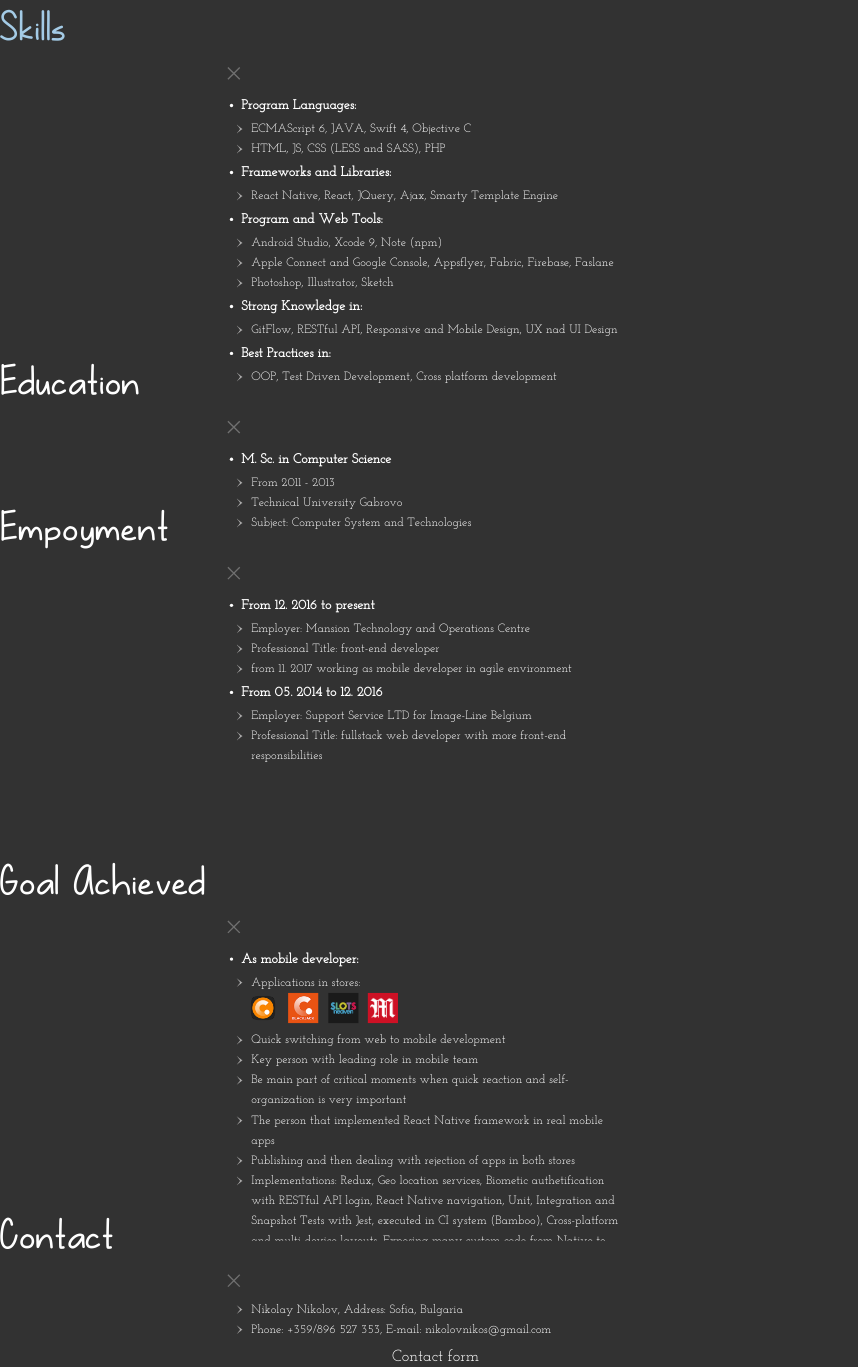
Repository: nikichanko/cv
Page: print.html
An editor plug-in stored every save of this project. The page is shown before and after the next save, followed by the edit.
The browser window is 1280 px wide. The pictures show the whole page, at 67% of full size.

Above is the page before, as saved 2018-08-10 03:23:58.

### print.html
<html>
  <head>
    <meta name="viewport" content="width=device-width, initial-scale=1">
    <link rel="stylesheet" type="text/css" href="css/print.css">
    <link rel="stylesheet" type="text/css" href="css/styles.css">
    <script src="https://ajax.googleapis.com/ajax/libs/jquery/3.3.1/jquery.min.js"></script>
    <title>Nikolay Nikolov - Curriculum Vitae - Print Version</title>
  </head>
  <body>
    <div id="content"></div>
  </body>
  <script src="js/print.js"></script>
</html>

### css/print.css
.content {
  margin: 0;
}

### css/styles.css
@font-face {
  font-family: 'Just Gotta Smile';
  src: url('./fonts/JustGottaSmile.woff2') format('woff2'),
      url('./fonts/JustGottaSmile.woff') format('woff'),
      url('./fonts/JustGottaSmile.ttf') format('truetype');
  font-weight: 500;
  font-style: normal;
}

@font-face {
  font-family: 'Josefin Slab';
  src: url('./fonts/JosefinSlab.woff2') format('woff2'),
      url('./fonts/JosefinSlab.woff') format('woff'),
      url('./fonts/JosefinSlab.ttf') format('truetype');
  font-weight: normal;
  font-style: normal;
}
ul, li, ol, body {
  margin: 0;
  padding: 0;
}

body {
  background-color: #323232;
  width: 100%;
  font-family: 'Just Gotta Smile';
  color: #fff;
}

.wrapper {
  position: relative;
  width: 100%;
  max-width: 1000px;
  height: 800px;
  margin: 0 auto;
  background-image: url(../img/cv_bg.png);
  background-repeat: no-repeat;
  background-position: right top;
  background-size: cover;
}

.menu {
  line-height: 70px;
  margin: 0 auto;
  position: absolute;
  text-align: center;
  width: 100%;
  top: 200px;
}

.item {
  font-size: 64px;
  position: relative;
  left: 50%;
  opacity: 1;
  transform: translateX(-50%) ;
  -ms-transform: translateX(-50%) ; /* IE 9 */
  -webkit-transform: translateX(-50%); /* Safari 3-8 */
  transition: opacity 0.2s ease-out;
  -webkit-touch-callout: none; /* iOS Safari */
  -webkit-user-select: none; /* Safari */
   -khtml-user-select: none; /* Konqueror HTML */
     -moz-user-select: none; /* Firefox */
      -ms-user-select: none; /* Internet Explorer/Edge */
          user-select: none; /* Non-prefixed version, currently
                                supported by Chrome and Opera */
}
.item.print {
  font-size: 30px;
  line-height: 45px;
}

.item span {
  cursor: pointer;
  position: relative;
}

.item.closed {
  opacity: 0;
  height: 0;
  visibility: hidden;
}

.content {
  font-family: 'Josefin Slab';
  padding-top: 2px;
  max-width: 600px;
  text-align: left;
  top: 50px;
  width: 56%;
  margin: 0 auto;
  line-height: 40px;
  height: 0;
  opacity: 0;
  transition: opacity 0.5s ease-in-out;
  position: relative;
  visibility: hidden;
  overflow: hidden;
}

.ul-wrapper {
  height: 450px;
  position: relative;
  overflow: hidden;
}

.content.open {
  overflow: visible;
  height: auto;
  opacity: 1;
  transition: opacity 0.5s ease-in-out;
  visibility: visible;
}
.content {
  line-height: 30px;
}
.content ul {
  padding-top: 10px;
  padding-left: 20px;
}
.content li {
  font-weight: bold;
  font-size: 20px;
  padding:5px 0;
}
.content ol {
  font-size: 18px;
  margin-left: 15px;
  position: relative;
}
.content ol:before {
  content: "";
  background-image: url(../img/arrow.png);
  background-repeat: no-repeat;
  background-size: contain;
  width: 12px;
  height: 13px;
  position: absolute;
  left: -22px;
  top: 8px;
  opacity: 0.6;
}

.item:hover {
  color: #a4cbe6;
}

.close {
  position: absolute;
  top: -29px;
  left: -7px;
  width: 45px;
  height: 45px;
  opacity: 0.3;
}
.close:hover {
  opacity: 1;
}
.close:before, .close:after {
  position: absolute;
  left: 15px;
  content: ' ';
  height: 25px;
  width: 2px;
  background-color: #fff;
}
.close:before {
  transform: rotate(45deg);
}
.close:after {
  transform: rotate(-45deg);
}

.app-icon {
  width: 45px;
  margin-right: 10px;
}

@media only screen and (max-width: 1000px) {
  .content {
    width: 90%;
  }
  .item span {
    cursor: default;
  }
}

### js/print.js
$.get( "index.html", function( data ) {
  var contents = $(data).find('.content:not(.print)');
  var items = $(data).find('.item:not(.print)');
  if (contents.length === items.length) {
    contents.each(function( i,v ) {
      var cont = v.innerHTML;
      var item = items[i].innerText;
      $("#content").append($('<div class="item")>'+item+'</div><div class="content open">'+cont+'</div>'));
    });
  }
//  $( ".result" ).html( data );
 // alert( "Load was performed." );
});

### index.html
<!DOCTYPE html>
<html>
  <head>
    <link rel="stylesheet" type="text/css" href="css/styles.css">
    <meta name="viewport" content="width=device-width, initial-scale=1">
    <link rel="stylesheet" type="text/css" href="css/scroll.css">
    <script src="https://ajax.googleapis.com/ajax/libs/jquery/3.3.1/jquery.min.js"></script>
    <script src="js/scroll.js"></script>
    <title>Nikolay Nikolov - Curriculum Vitae</title>
  </head>
  <body>
    <div class="wrapper">
      <div class="menu">
        <div class="item">
          <span>Skills</span>
        </div>
        <div class="content">
          <i class="close"></i>
          <div class="ul-wrapper" id="scroll-3">
            <ul>
              <li>Program Languages:</li>
              <ol>ECMAScript 6, JAVA, Swift 4, Objective C</ol>
              <ol>HTML, JS, CSS (LESS and SASS), PHP</ol>
              <li>Frameworks and Libraries:</li>
              <ol>React Native, React, JQuery, Ajax, Smarty Template Engine</ol>
              <li>Program and Web Tools:</li>
              <ol>Android Studio, Xcode 9, Note (npm)</ol>
              <ol>Apple Connect and Google Console, Appsflyer, Fabric, Firebase, Faslane</ol>
              <ol>Photoshop, Illustrator, Sketch</ol>
              <li>Strong Knowledge in:</li>
              <ol>GitFlow, RESTful API, Responsive and Mobile Design, UX nad UI Design</ol>
              <li>Best Practices in:</li>
              <ol>OOP, Test Driven Development, Cross platform development</ol>
              <li>Other Abilities:</li>
              <ol>Digital Drawing of web application arts with graphic tablet</ol>
            </ul>
           </div>
        </div>
        <div class="item">
          <span>Education</span>
        </div>
        <div class="content">
            <i class="close"></i>
            <ul>
              <li>M. Sc. in Computer Science</li>
              <ol>From 2011 - 2013</ol>
              <ol>Technical University Gabrovo</ol>
              <ol>Subject: Computer System and Technologies</ol>
            </ul>
        </div>
        <div class="item">
          <span>Empoyment</span>
        </div>
        <div class="content">
            <i class="close"></i>
            <div class="ul-wrapper" id="scroll-2">
              <ul>
                <li>From 12. 2016 to present</li>
                <ol>Employer: Mansion Technology and Operations Centre</ol>
                <ol>Professional Title: front-end developer</ol>
                <ol>from 11. 2017 working as mobile developer in agile environment</ol>
                <li>From 05. 2014 to 12. 2016</li>
                <ol>Employer: Support Service LTD for Image-Line Belgium</ol>
                <ol>Professional Title: fullstack web developer with more front-end responsibilities</ol>
              </ul>
            </div>
        </div>
        <div class="item">
          <span>Goal Achieved</span>
        </div>
        <div class="content">
          <i class="close"></i>
          <div class="ul-wrapper" id="scroll-1">
            <ul>
              <li>As mobile developer:</li>
              <ol>Applications in stores:</ol>

                <img src="img/casino.png" title="CasinoSlots" class="app-icon" style="margin-left: 10px;" />
                <img src="img/ccbj.png" title="Casino BlackJack" class="app-icon" />
                <img src="img/sh.png" title="Slostheaven" class="app-icon" />
                <img src="img/mc.png" title="MansionCasino" class="app-icon" />

              <ol>Quick switching from web to mobile development</ol>
              <ol>Key person with leading role in mobile team</ol>
              <ol>Be main part of critical moments when quick reaction and self-organization is very important</ol>
              <ol>The person that implemented React Native framework in real mobile apps</ol>
              <ol>Publishing and then dealing with rejection of apps in both stores</ol>
              <ol>Implementations: Redux, Geo location services, Biometic authetification with
                RESTful API login, React Native navigation, Unit, Integration and Snapshot Tests with Jest, executed in CI system (Bamboo),
                Cross-platform and multi-device layouts, Exposing many custom code from Native to React Native (NativeModules and NativeEventEmitter)</ol>
              <li>As front-end developer:</li>
              <ol>Responsive and mobile designs with no compromises in details</ol>
              <ol>Developed many end-to-end web applications like: Image Sliders with lazyloading, javascript Video and Audio Players with full mobile support</ol>
              <ol>RESTful API integrations</ol>
              <ol>Unit testing with Jasmine</ol>
            </ul>
          </div>
        </div>
        <div class="item">
          <span>Contact</span>
        </div>
        <div class="content">
            <i class="close"></i>
              <ul>
                <ol>Nikolay Nikolov, Address: Sofia, Bulgaria</ol>
                <ol>Phone: +359/896 527 353, E-mail: nikolovnikos@gmail.com</ol>
                <div style="margin-top: 10px; font-size: 24px; text-align: center">Contact form</div>
                <script type="text/javascript" src="https://form.jotformeu.com/jsform/82187298762370"></script>
              </ul>
        </div>
        <div class="item print">
          <span>Print Version</span>
        </div>
      </div>
    </div>
    <script src="js/common.js"></script>
  </body>
</html>

After the next save:
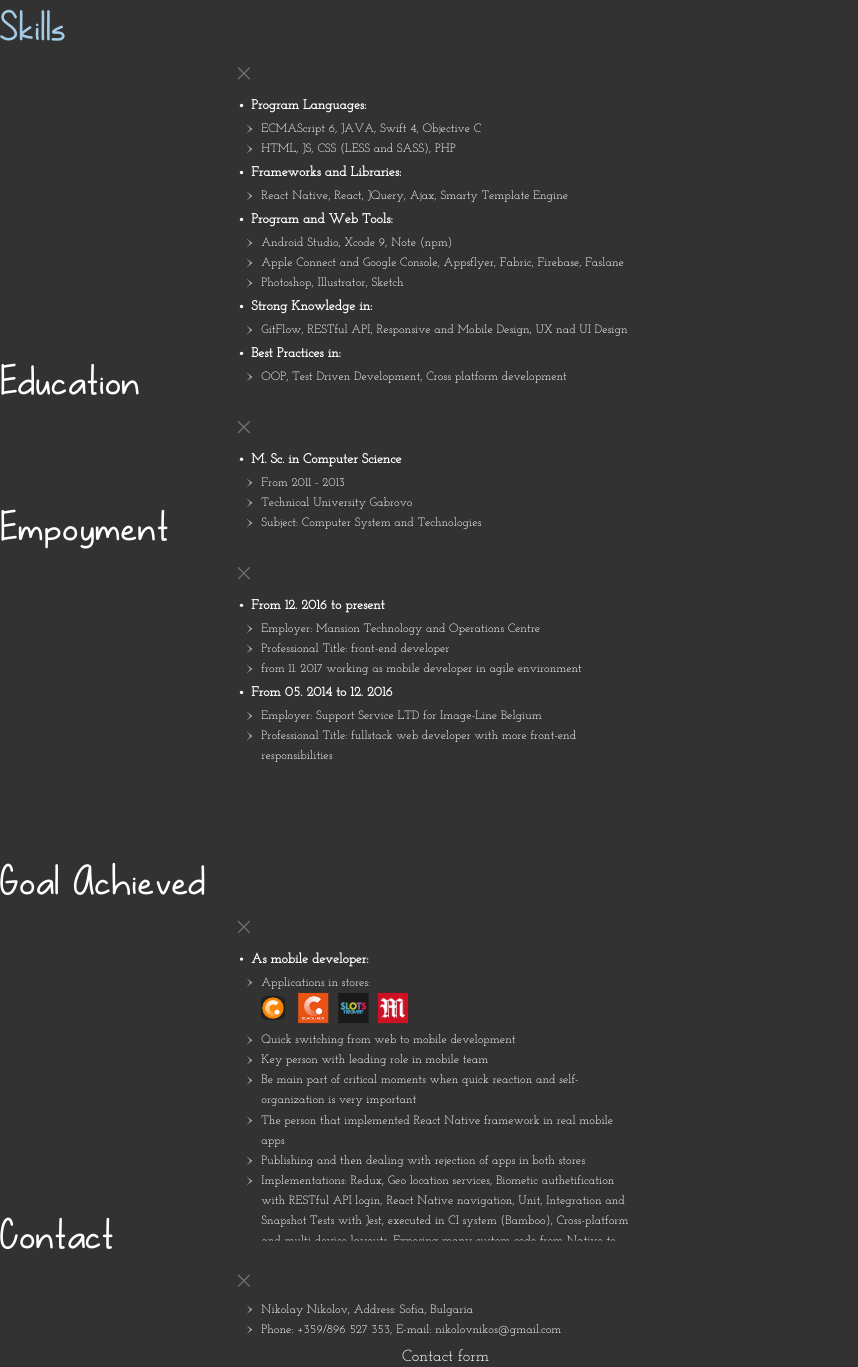
Saved 32 s later.
--- a/css/print.css
+++ b/css/print.css
@@ -1,3 +1,5 @@
 .content {
   margin: 0;
+  top:0;
+  left: 15px;
 }
